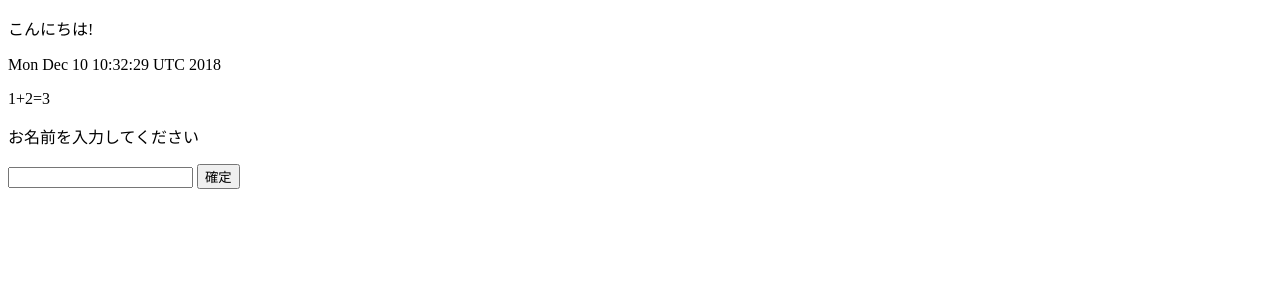
Repository: yukisu18/test
Page: http://localhost/HelloJSP2/
The author's editor kept a copy of each file at every save. The page is drawn from the files as they stood at one save, then again after the next save.
The browser window is 1280 px wide. The pictures show the whole page.
The page is served by Tomcat 9.

Above is the page before, as saved 2018-12-19 09:52:06.

### HelloJSP2/WebContent/index.jsp
<%@ page language="java" contentType="text/html; charset=UTF-8"
	pageEncoding="UTF-8"%>
<!DOCTYPE html PUBLIC "-//W3C//DTD HTML 4.01 Transitional//EN" "http://www.w3.org/TR/html4/loose.dtd">
<html>
<head>
<meta http-equiv="Content-Type" content="text/html; charset=UTF-8">
<title>TEST</title>
</head>
<body>
<p>こんにちは!</p>
<% out.println(new java.util.Date()); %>
<%!
static int add(int a, int b){
	return a+b;
}
%>

<p>1+2=<%=add(1,2) %></p>

	<p>お名前を入力してください</p>
	<form method="post" action="greeting-out.jsp">
		<input type="text" name="user"> <input type="submit"
			value="確定">
	</form>
</body>
</html>

After the next save:
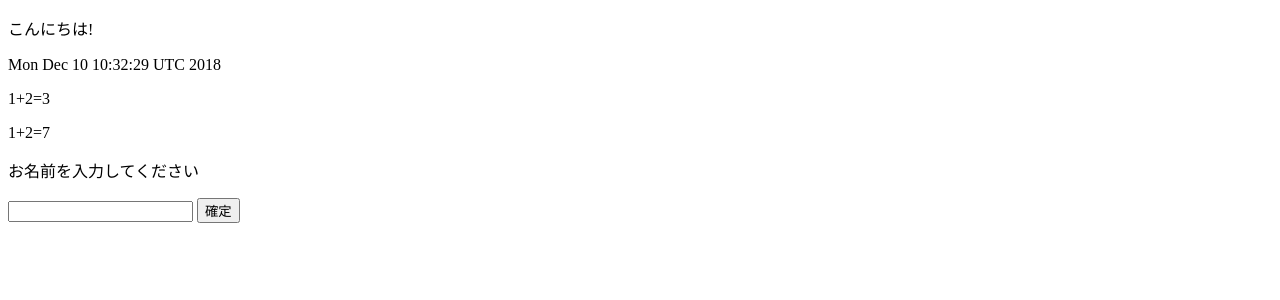
Saved 52 s later.
--- a/HelloJSP2/WebContent/index.jsp
+++ b/HelloJSP2/WebContent/index.jsp
@@ -16,6 +16,8 @@ static int add(int a, int b){
 %>
 
 <p>1+2=<%=add(1,2) %></p>
+<p>1+2=<%=add(3,4) %></p>
+
 
 	<p>お名前を入力してください</p>
 	<form method="post" action="greeting-out.jsp">
